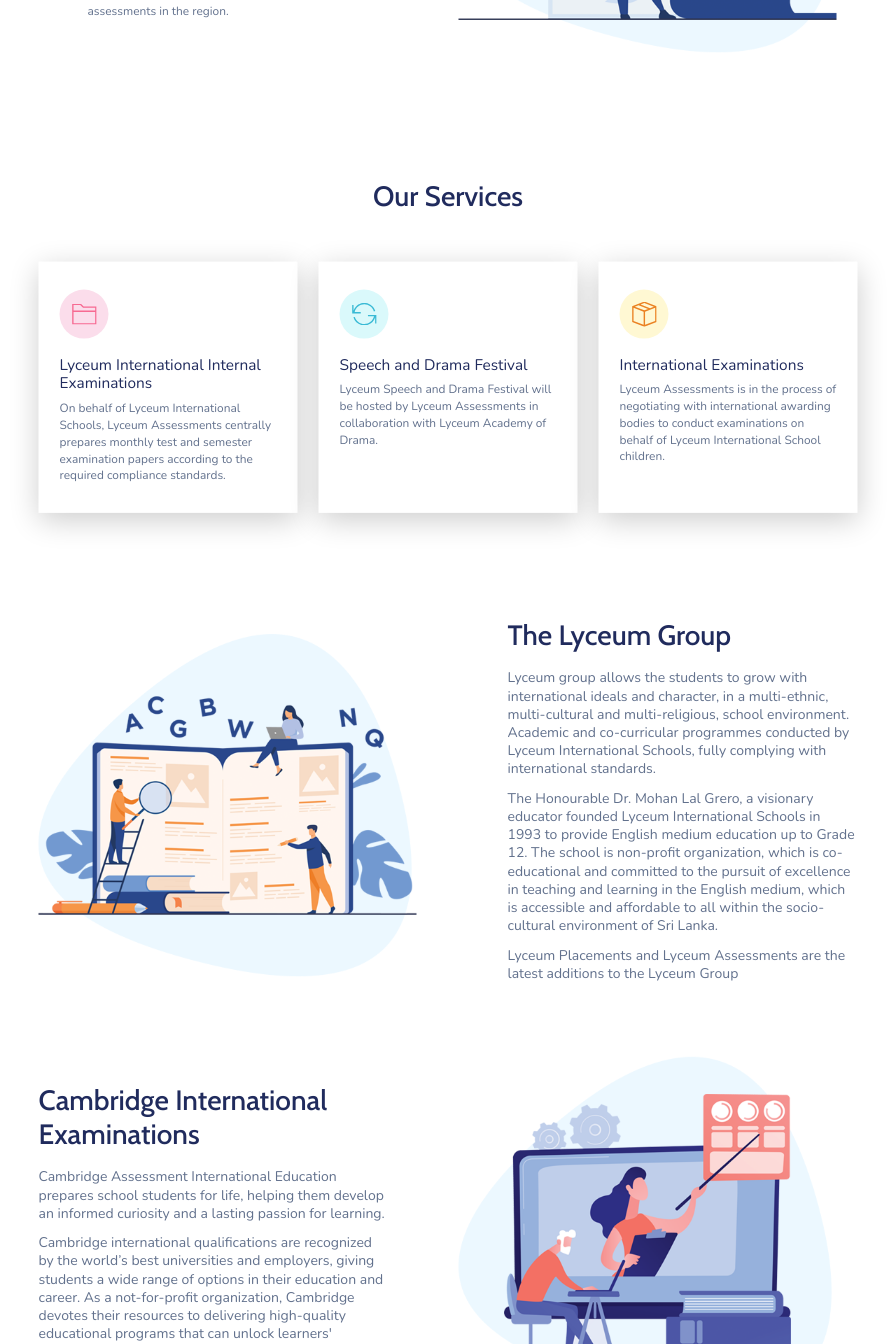
Repository: AXUSLK/LyceumAssessments-HTML
Page: index.html
An editor plug-in stored every save of this project. The page is shown before and after the next save, followed by the edit.
The browser window is 1280 px wide. The pictures show the part of the page from y = 1254 to 3174 px (the page is 5693 px tall before and 5678 px after), at 70% of full size.
Some web libraries are served in a nearby version.

Above is the page before, as saved 2022-02-01 10:47:37.

After the next save:
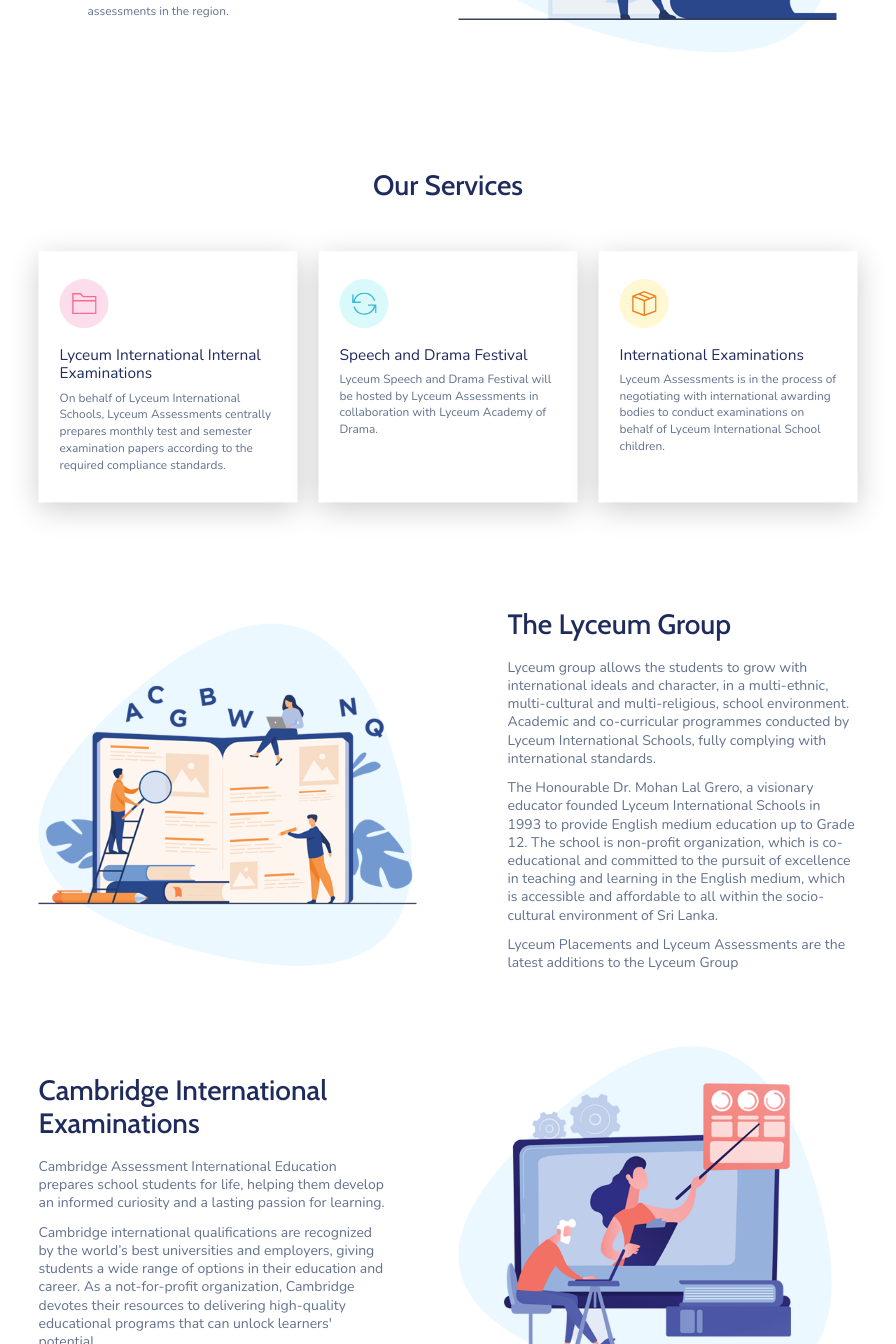
Saved 13 s later.
--- a/index.html
+++ b/index.html
@@ -222,7 +222,7 @@
 			<!-- Serveices -->
 			<div id="scrollTo3" class="mt-md-n12 mt-lg-n14 pt-md-12 pt-lg-14">
 				<!-- featureBlock -->
-				<section class="featureBlock pt-5 pb-8 pt-md-10 pb-md-13 pt-lg-15 pb-lg-20 pt-xl-18 pb-xl-24">
+				<section class="featureBlock pt-5 pb-8 pt-md-10 pb-md-13 pt-lg-15 pb-lg-20 pt-xl-15 pb-xl-24">
 					<div class="container">
 						<div class="row">
 							<div class="col-12 col-lg-10 offset-lg-1">
